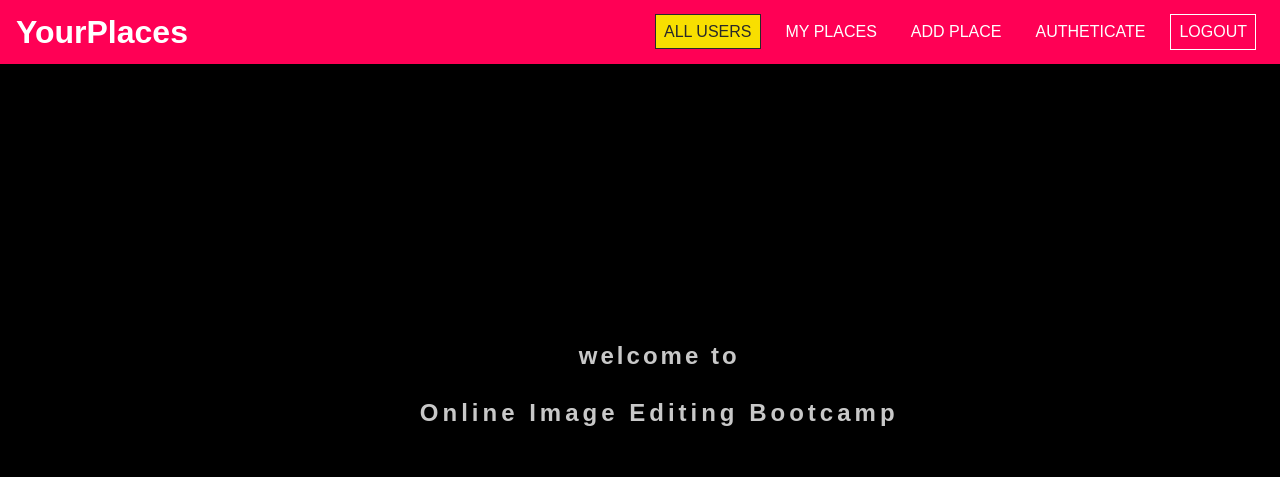
Repository: TanviSanyal/ImageEditingBootcamp
Page: /
The author's editor kept a copy of each file at every save. The page is drawn from the files as they stood at one save, then again after the next save.
The browser window is 1280 px wide. The pictures show the whole page.
The project was rebuilt for these pictures with package versions that can differ from the ones it lists, and the page was loaded fresh each time. Also part of the build but not shown: src/shared/components/navigation/SideDrawer.css, src/shared/components/UIElements/Backdrop.css, src/shared/components/UIElements/Backdrop.js.

Above is the page before, as saved 2020-09-26 23:08:13.

### public/index.html
<!DOCTYPE html>
<html lang="en">
  <head>
    <meta charset="utf-8" />
    <link rel="icon" href="%PUBLIC_URL%/favicon.ico" />
    <meta name="viewport" content="width=device-width, initial-scale=1" />
    <meta name="theme-color" content="#000000" />
    <meta
      name="description"
      content="Web site created using create-react-app"
    />
    <link rel="apple-touch-icon" href="%PUBLIC_URL%/logo192.png" />
    <link rel="manifest" href="%PUBLIC_URL%/manifest.json" />
    <title>React App</title>
  </head>
  <body>
    <noscript>You need to enable JavaScript to run this app.</noscript>
    <div id="backdrop-hook"></div>
    <div id="modal-hook"></div>
    <div id="drawer-hook"></div>
    <div id="root"></div>
  </body>
</html>

### src/index.css
@import url('https://fonts.googleapis.com/css?family=Open+Sans:400,700&display=swap');

* {
  box-sizing: border-box;
}

html {
  font-family:Arial, Helvetica, sans-serif;
	font-weight:normal;
}

body {
  margin: 0;
  background: black;
}

### src/App.js
import React from 'react';
import {
  BrowserRouter as Router,
  Route,
  Redirect,
  Switch
} from 'react-router-dom';
import './App.css'
import MainNavigation from '../src/shared/components/navigation/MainNavigation';


const App = () => {

  // <Switch>
  //   <Route path="/" exact>
  //     {/* <Users /> */}
  //   </Route>
  //   <Route path="/:userId/places" exact>
  //     {/* <UserPlaces /> */}
  //   </Route>
  //   <Route path="/places/new" exact>
  //     {/* <NewPlace /> */}
  //   </Route>
  //   <Route path='/places/:placeId'>
  //     {/* <UpdatePlace /> */}
  //   </Route>
  //   <Redirect to="/" />
  // </Switch>

  return (
    <Router>
      <MainNavigation />
      <main className="main-body">
        <p className="text1">welcome to</p>
        <p className="text2"> Online Image Editing Bootcamp</p>
      </main>
    </Router>
  );
};

export default App;

### src/App.css
.main-body span{
  color: white;
  text-transform: uppercase;
  display: block;
}
.main-body{
  text-align: center;
  padding-top: 33vh;
  padding-left: 3%;
}

.text1{
  color:rgb(200,200,200);
  font-size: 150%;
  letter-spacing: 3PX;
  font-weight: 700;
}
.text2{
  color: rgb(200,200,200);
  font-size: 150%;
  letter-spacing: 4PX;
  line-height: 37PX;
  font-weight: 700;
}

### src/shared/components/navigation/MainNavigation.js
import React, { useState } from 'react';
import { Link } from 'react-router-dom';

import MainHeader from './MainHeader';
import NavLinks from './NavLinks';
import SideDrawer from './SideDrawer';
import Backdrop from '../UIElements/Backdrop';
import './MainNavigation.css';

const MainNavigation = props => {
  const [drawerIsOpen, setDrawerIsOpen] = useState(false);

  const openDrawerHandler = () => {
    setDrawerIsOpen(true);
  };

  const closeDrawerHandler = () => {
    setDrawerIsOpen(false);
  };

  return (
    <React.Fragment>
      {drawerIsOpen && <Backdrop onClick={closeDrawerHandler} />}
      <SideDrawer show={drawerIsOpen} onClick={closeDrawerHandler}>
        <nav className="main-navigation__drawer-nav">
          <NavLinks />
        </nav>
      </SideDrawer>

      <MainHeader>
        <button className="main-navigation__menu-btn" onClick={openDrawerHandler}>
          <span />
          <span />
          <span />
        </button>
        <h1 className="main-navigation__title">
          <Link to="/">YourPlaces</Link>
        </h1>
        <nav className="main-navigation__header-nav">
          <NavLinks />
        </nav>
      </MainHeader>
    </React.Fragment>
  );
};

export default MainNavigation;

### src/shared/components/navigation/MainHeader.js
import React from 'react';

import './MainHeader.css';

const MainHeader = props => {
  return <header className="main-header">{props.children}</header>;
};

export default MainHeader;

### src/shared/components/navigation/NavLinks.js
import React,{useContext} from 'react';
import './NavLinks.css';
import {NavLink} from 'react-router-dom';
// import {AuthContext} from '../../context/auth-context';

const NavLinks = props => {

    // const auth = useContext(AuthContext);
    return(
        <ul className="nav-links">
            <li>
                <NavLink to="/" exact>ALL USERS</NavLink>
            </li>
           <li>
                <NavLink to="/u1/places">MY PLACES</NavLink>
            </li>
           <li>
                <NavLink to="/places/new">ADD PLACE</NavLink>
            </li>
            <li>
                <NavLink to="/auth">AUTHETICATE</NavLink>
            </li>
             <li><button >LOGOUT</button></li>
        </ul>
    );
};

export default NavLinks;

### src/shared/components/navigation/MainNavigation.css
.main-navigation__menu-btn {
    width: 3rem;
    height: 3rem;
    background: transparent;
    border: none;
    display: flex;
    flex-direction: column;
    justify-content: space-around;
    margin-right: 2rem;
    cursor: pointer;
  }

  .main-navigation__menu-btn span {
    display: block;
    width: 3rem;
    height: 2.5px;
    background: white;
  }

  .main-navigation__title {
    color: white;
  }

  .main-navigation__title a {
    text-decoration: none;
    color: white;
  }

  .main-navigation__header-nav {
    display: none;
  }

  .main-navigation__drawer-nav {
    height: 100%;
  }

  @media (min-width: 768px) {
    .main-navigation__menu-btn {
      display: none;
    }

    .main-navigation__header-nav {
      display: block;
    }
  }

### src/shared/components/navigation/NavLinks.css
.nav-links {
    list-style: none;
    margin: 0;
    padding: 0;
    width: 100%;
    height: 100%;
    display: flex;
    flex-direction: column;
    justify-content: center;
    align-items: center;
  }

  .nav-links li {
    margin: 1rem;
  }

  .nav-links a {
    border: 1px solid transparent;
    color: #292929;
    text-decoration: none;
    padding: 0.5rem;
  }

  .nav-links a:hover,
  .nav-links a:active,
  .nav-links a.active {
    background: #f8df00;
    border-color: #292929;
    color: #292929;
  }

  .nav-links button {
    cursor: pointer;
    border: 1px solid #292929;
    color: #292929;
    background: transparent;
    padding: 0.5rem;
    font: inherit;
  }

  .nav-links button:focus {
    outline: none;
  }

  .nav-links button:hover,
  .nav-links button:active {
    background: #292929;
    color: white;
  }

  @media (min-width: 768px) {
    .nav-links {
      flex-direction: row;
    }

    .nav-links li {
      margin: 0 0.5rem;
    }

    .nav-links a {
      color: white;
      text-decoration: none;
    }

    .nav-links button {
      border: 1px solid white;
      color: white;
      background: transparent;
    }

    .nav-links button:hover,
    .nav-links button:active {
      background: #f8df00;
      color: #292929;
    }
  }

Loaded but not shown: src/index.js (common file); src/shared/components/navigation/SideDrawer.js (common file); src/shared/components/navigation/MainHeader.css (common file)

After the next save:
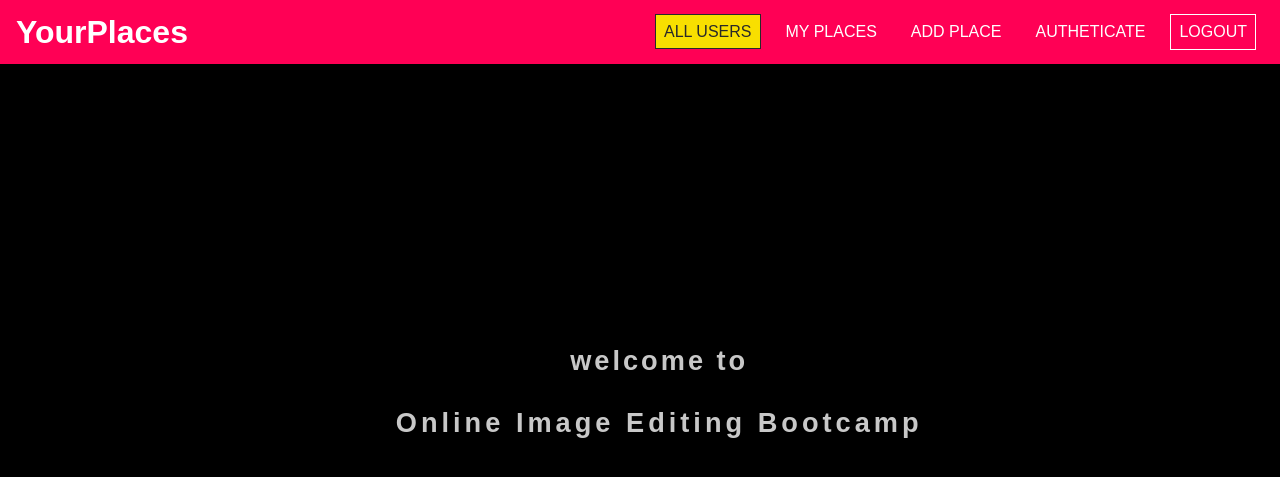
Saved 30 s later.
--- a/src/App.css
+++ b/src/App.css
@@ -11,13 +11,13 @@
 
 .text1{
   color:rgb(200,200,200);
-  font-size: 150%;
+  font-size: 170%;
   letter-spacing: 3PX;
   font-weight: 700;
 }
 .text2{
   color: rgb(200,200,200);
-  font-size: 150%;
+  font-size: 170%;
   letter-spacing: 4PX;
   line-height: 37PX;
   font-weight: 700;
